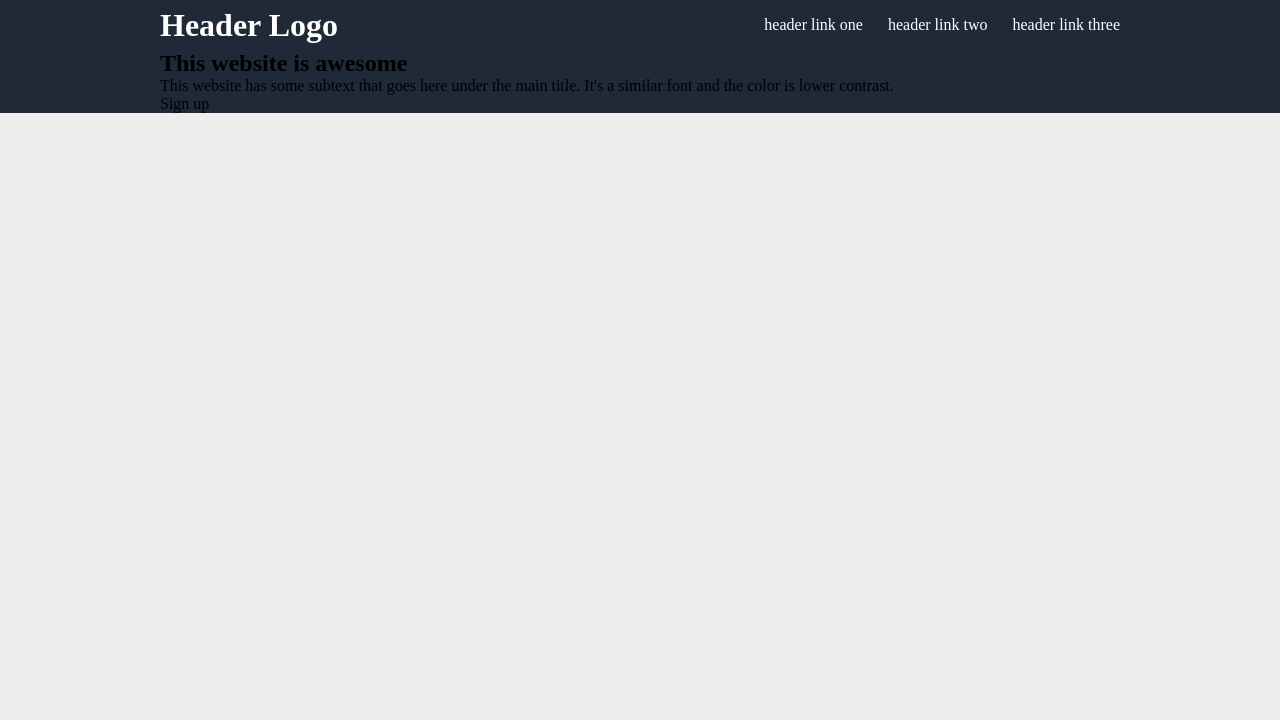
Repository: Pafestivo/Dummy-Landing-Page
Page: index.html
These files come from the project's save history. The page is drawn as it stood at one moment and after the next save; the edit follows.
The browser window is 1280 px wide. The pictures show the whole page.

Above is the page before, as saved 2022-09-26 17:51:44.

### index.html
<!DOCTYPE html>
<html lang="en">
<head>
    <meta charset="UTF-8">
    <meta name="viewport" content="width=device-width, initial-scale=1.0">
    <link rel="stylesheet" href="styles.css">
    <title>Landing Page</title>
</head>
<body>
    <header>
        <div class="container">
            <h1>Header Logo</h1>
            <nav>
                <a href="#">header link one</a>
                <a href="#">header link two</a>
                <a href="#">header link three</a>
            </nav>
        </div> <!-- /container-->
    </header>
    <main>
        <section class="first">
            <div class="container">
                <h1>This website is awesome</h1>
                <p>This website has some subtext that goes here under the main title. It's a similar font and the color is lower contrast.</p>
                <a href="#">Sign up</a>
                <img
                    src=""
                    alt=""
                />
            </div> <!-- /container-->
        </section> <!-- /first -->

        <section class="second">
            <div class="container">

            </div> <!-- /container-->
        </section> <!-- /second -->

        <section class="third">
            <div class="container">

            </div> <!-- /container-->
        </section> <!-- /third -->

        <section class="fourth">
            <div class="container">

            </div> <!-- /container-->
        </section> <!-- /fourth -->

        <footer>

        </footer>
    </main>
</body>
</html>

### styles.css
* {
  padding: 0;
  margin: 0;
  box-sizing: border-box;
}

body {
  font-family: serif;
  background-color: #eee;
}

.container {
  width: 75vw;
  margin: 0 auto;
}

a {
  text-decoration: none;
  color: inherit;
}

/* header bar */
header {
  display: flex;
  align-items: center;
  background-color: #1F2937;
  color: #fff;
  height: 50px;
}

header .container {
  display: flex;
  justify-content: space-between;
}

header nav {
  display: flex;
  align-items: center;
  gap: 25px;
}
/* End header bar  */

/* First section  */
.first {
  background-color: #1F2937;
  width: 100vw;
}
/* End first section  */

After the next save:
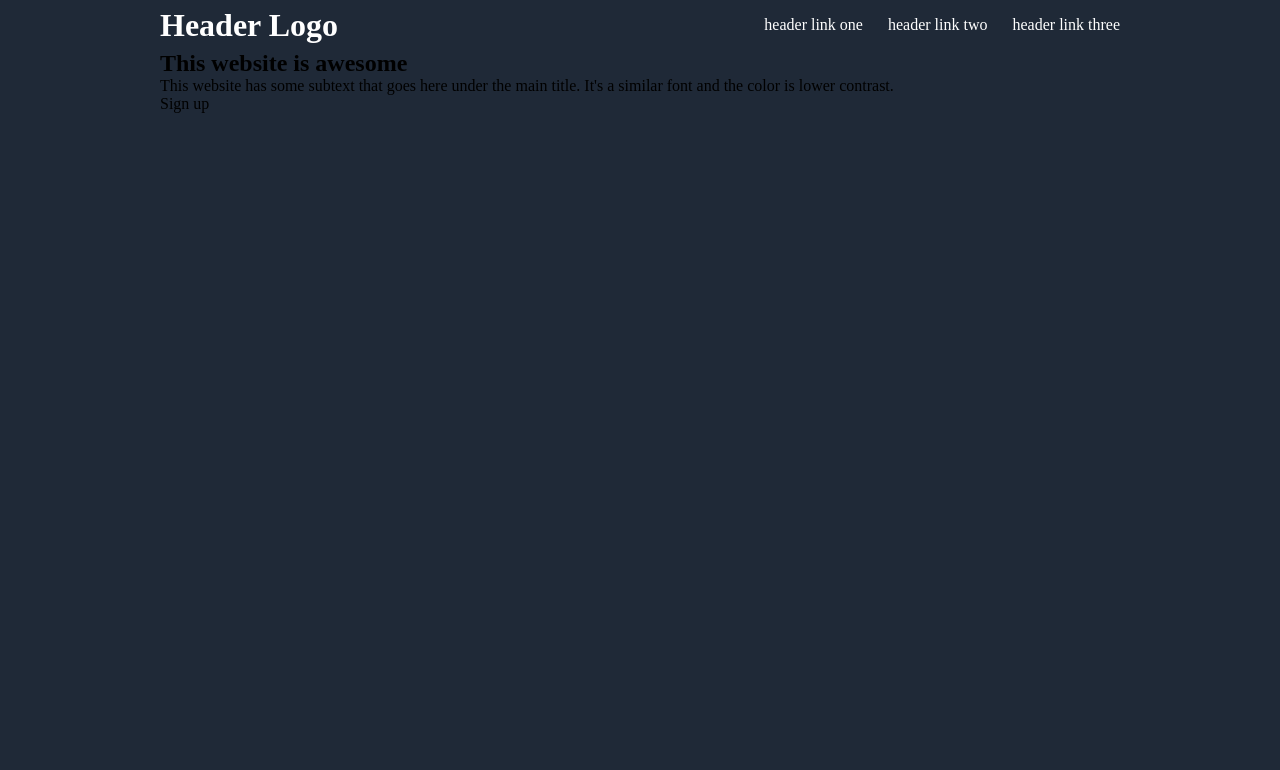
Saved 10 s later.
--- a/styles.css
+++ b/styles.css
@@ -43,6 +43,6 @@ header nav {
 /* First section  */
 .first {
   background-color: #1F2937;
-  width: 100vw;
+  height: 100vh;
 }
 /* End first section  */
